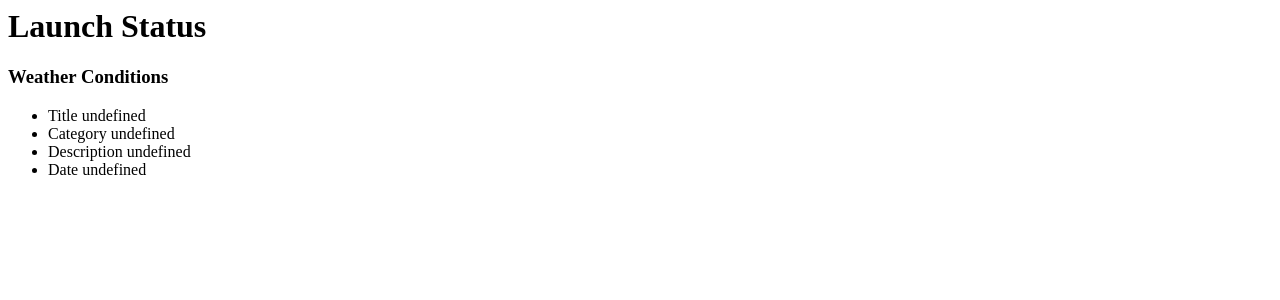
Repository: JohnRudolph1/Events-JSON
Page: index.html
An editor plug-in stored every save of this project. The page is shown before and after the next save, followed by the edit.
The browser window is 1280 px wide. The pictures show the whole page.

Above is the page before, as saved 2022-01-10 09:18:00.

### index.html
<html>
   <head>
      <title>Launch Status</title>
      <script>
         window.addEventListener("load", function() {
            fetch("json.js").then( function(response) {
               response.json().then( function(json) {
                  const div = document.getElementById("weather-conditions");
                  // Add HTML that includes the JSON data
                  div.innerHTML = `
                     <ul>
                        <li>Title ${json.title}</li>
                        <li>Category ${json.category}</li>
                        <li>Description ${json.description}</li>
                        <li>Date ${json.start}</li>
                     </ul>
                  `;
               });
            });
         });
      </script>
   </head>
   <body>
      <h1>Launch Status</h1>
      <h3>Weather Conditions</h3>
      <div id="weather-conditions">
         <!-- Weather data is added here dynamically. -->
      </div>
   </body>
</html>

Loaded but not shown: json.js (1073 lines, source omitted)

After the next save:
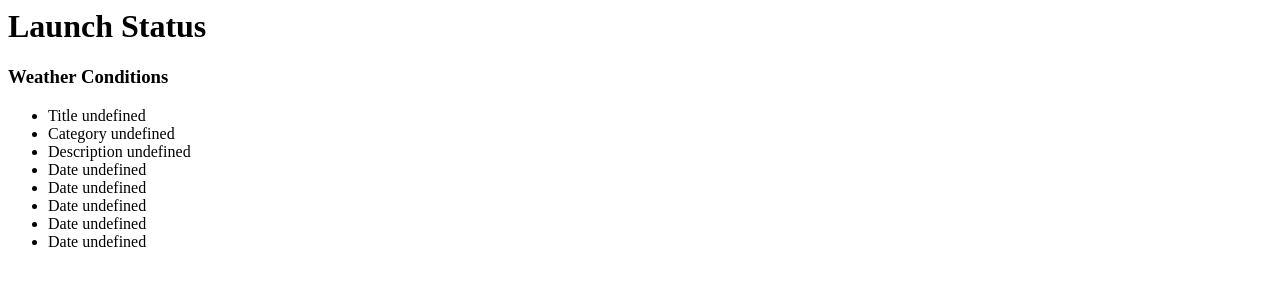
Saved 4 s later.
--- a/index.html
+++ b/index.html
@@ -12,6 +12,10 @@
                         <li>Title ${json.title}</li>
                         <li>Category ${json.category}</li>
                         <li>Description ${json.description}</li>
+                        <li>Date ${json.start}</li>
+                        <li>Date ${json.start}</li>
+                        <li>Date ${json.start}</li>
+                        <li>Date ${json.start}</li>
                         <li>Date ${json.start}</li>
                      </ul>
                   `;
